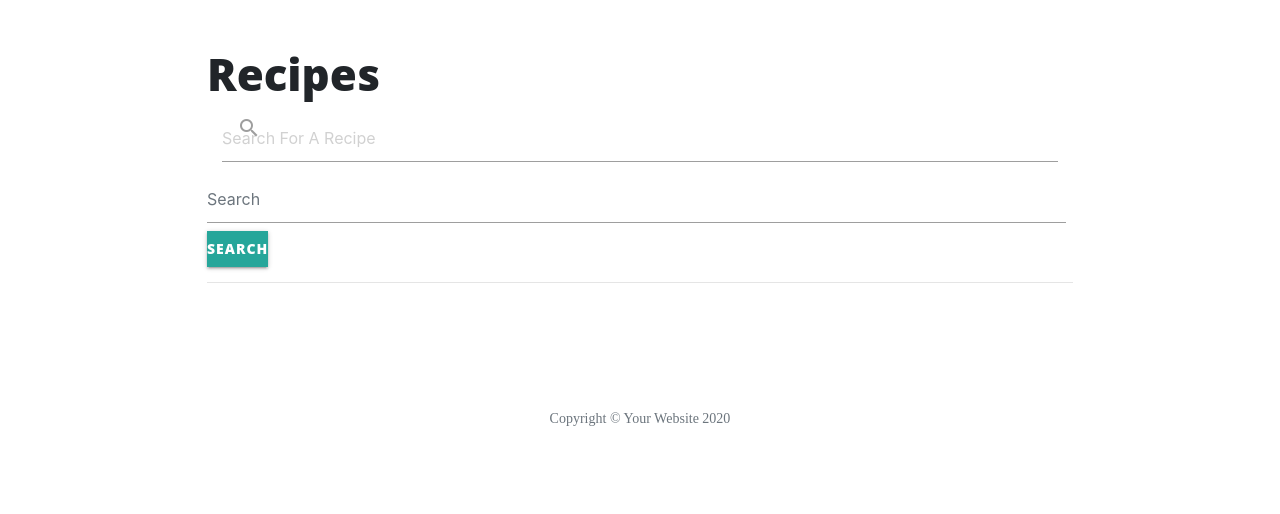
Repository: saffiya/cookbook
Page: http://localhost/recipes
The author's editor kept a record of every edit. The page is drawn from the files as they stood at one moment, then again after the next edit.
The browser window is 1280 px wide. The pictures show the part of the page from y = 674 to 1188 px (the page is 1188 px tall before and 1134 px after).
The page is served by the project's application, run on Flask 3 (app.py). Queries for data that is not in the repository find no rows.

Above is the page before.

After the next edit:
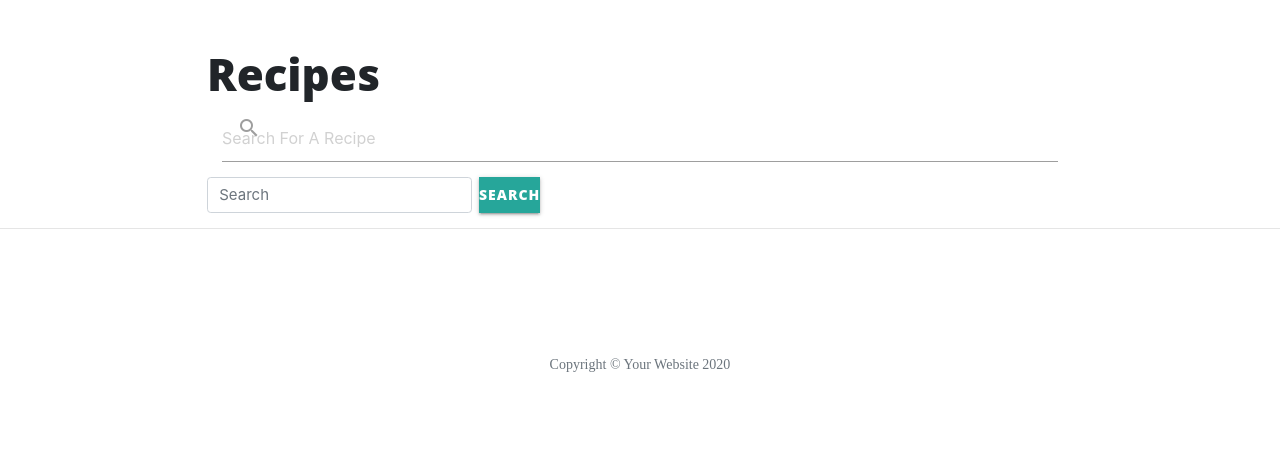
The edit:
--- a/templates/recipes.html
+++ b/templates/recipes.html
@@ -12,18 +12,18 @@
     </form>
 </div>
 <div class="search_bar">
-<form action=="{{ url_for('search') }} method="POST" class="form-inline my-2 my-lg-0">
-    <input class="form-control mr-sm-2" type="search" placeholder="Search" aria-label="Search">
-    <button class="btn btn-outline-success my-2 my-sm-0" type="submit">Search</button>
-</form>
+    <form action="{{ url_for('search') }} method=" POST " class="form-inline my-2 my-lg-0 ">
+        <input class="form-control mr-sm-2 " type="search " placeholder="Search " aria-label="Search ">
+        <button class="btn btn-outline-success my-2 my-sm-0 " type="submit ">Search</button>
+    </form>
+</div>
+<link rel="stylesheet " href="{{ url_for( 'static', filename='css/style.css' ) }} " type="text/css " /> {% for recipe in recipes %}
 
-<link rel="stylesheet" href="{{ url_for('static', filename='css/style.css') }}" type="text/css" /> {% for recipe in recipes %}
-
-<div class="row featurette">
+<div class="row featurette ">
 
     {% if loop.index % 2 != 0 %}
-    <div class="col-md-7">
-        <h4><a href="{{ url_for( 'recipes_recipe', recipe_id=recipe._id, sluggify_url=recipe.sluggify_url) }}">{{ loop.index }}. {{ recipe.name }}</a></h4>
+    <div class="col-md-7 ">
+        <h4><a href="{{ url_for( 'recipes_recipe', recipe_id=recipe._id, sluggify_url=recipe.sluggify_url) }} ">{{ loop.index }}. {{ recipe.name }}</a></h4>
         <h6>{{ recipe.time }} Minutes</h6>
         <h6>Serves {{ recipe.serves }}</h6>
         <h6>{{ recipe.difficulty }}</h6>
@@ -32,16 +32,16 @@
         </p>
     </div>
 
-    <div class="col-md-5">
-        <img class="featurette-image img-responsive" src="{{ recipe.image_source }}">
+    <div class="col-md-5 ">
+        <img class="featurette-image img-responsive " src="{{ recipe.image_source }} ">
     </div>
     {% else %}
 
-    <div class="col-md-5">
-        <img class="featurette-image img-responsive" src="{{ recipe.image_source }}">
+    <div class="col-md-5 ">
+        <img class="featurette-image img-responsive " src="{{ recipe.image_source }} ">
     </div>
-    <div class="col-md-7">
-        <h4><a href="{{ url_for('recipes_recipe', recipe_id=recipe._id, sluggify_url=recipe.sluggify_url) }}">{{ loop.index }}. {{ recipe.name }}</a></h4>
+    <div class="col-md-7 ">
+        <h4><a href="{{ url_for( 'recipes_recipe', recipe_id=recipe._id, sluggify_url=recipe.sluggify_url) }} ">{{ loop.index }}. {{ recipe.name }}</a></h4>
         <h6>{{ recipe.time }} Minutes</h6>
         <h6>Serves {{ recipe.serves }}</h6>
         <h6>{{ recipe.difficulty }}</h6>
@@ -52,4 +52,4 @@
     {% endif %}
 
 </div>
-<hr class="featurette-divider"> {% endfor %} {% endblock %}
+<hr class="featurette-divider "> {% endfor %} {% endblock %}

After the edit that followed:
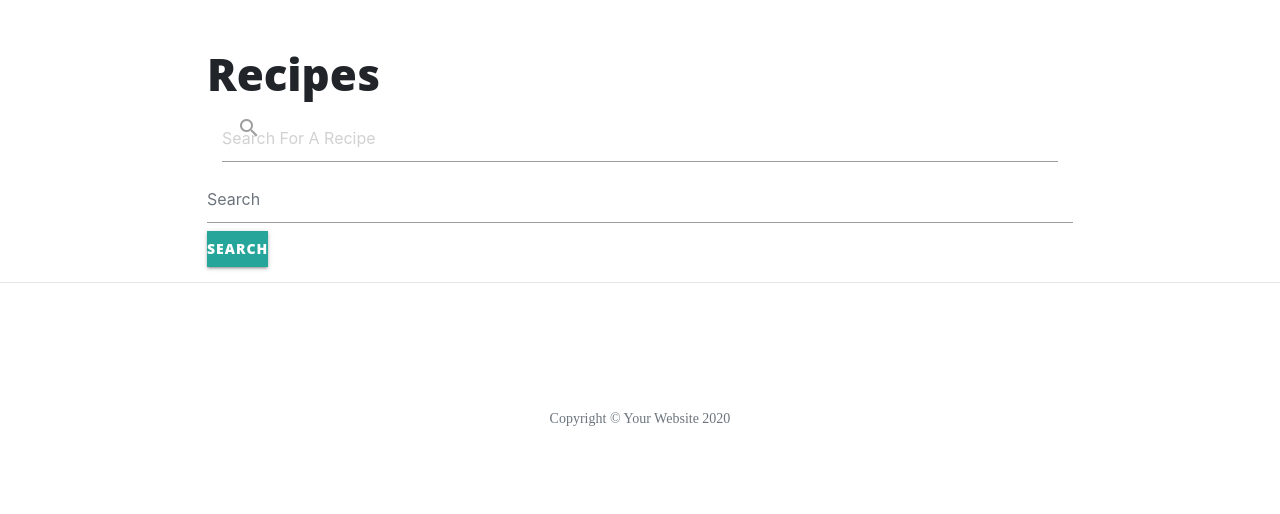
The edit:
--- a/templates/recipes.html
+++ b/templates/recipes.html
@@ -12,9 +12,9 @@
     </form>
 </div>
 <div class="search_bar">
-    <form action="{{ url_for('search') }} method=" POST " class="form-inline my-2 my-lg-0 ">
-        <input class="form-control mr-sm-2 " type="search " placeholder="Search " aria-label="Search ">
-        <button class="btn btn-outline-success my-2 my-sm-0 " type="submit ">Search</button>
+   <form action="class="form-inline my-2 my-lg-0">
+      <input class="form-control mr-sm-2" type="search" placeholder="Search" aria-label="Search">
+      <button class="btn btn-outline-success my-2 my-sm-0" type="submit">Search</button>
     </form>
 </div>
 <link rel="stylesheet " href="{{ url_for( 'static', filename='css/style.css' ) }} " type="text/css " /> {% for recipe in recipes %}
